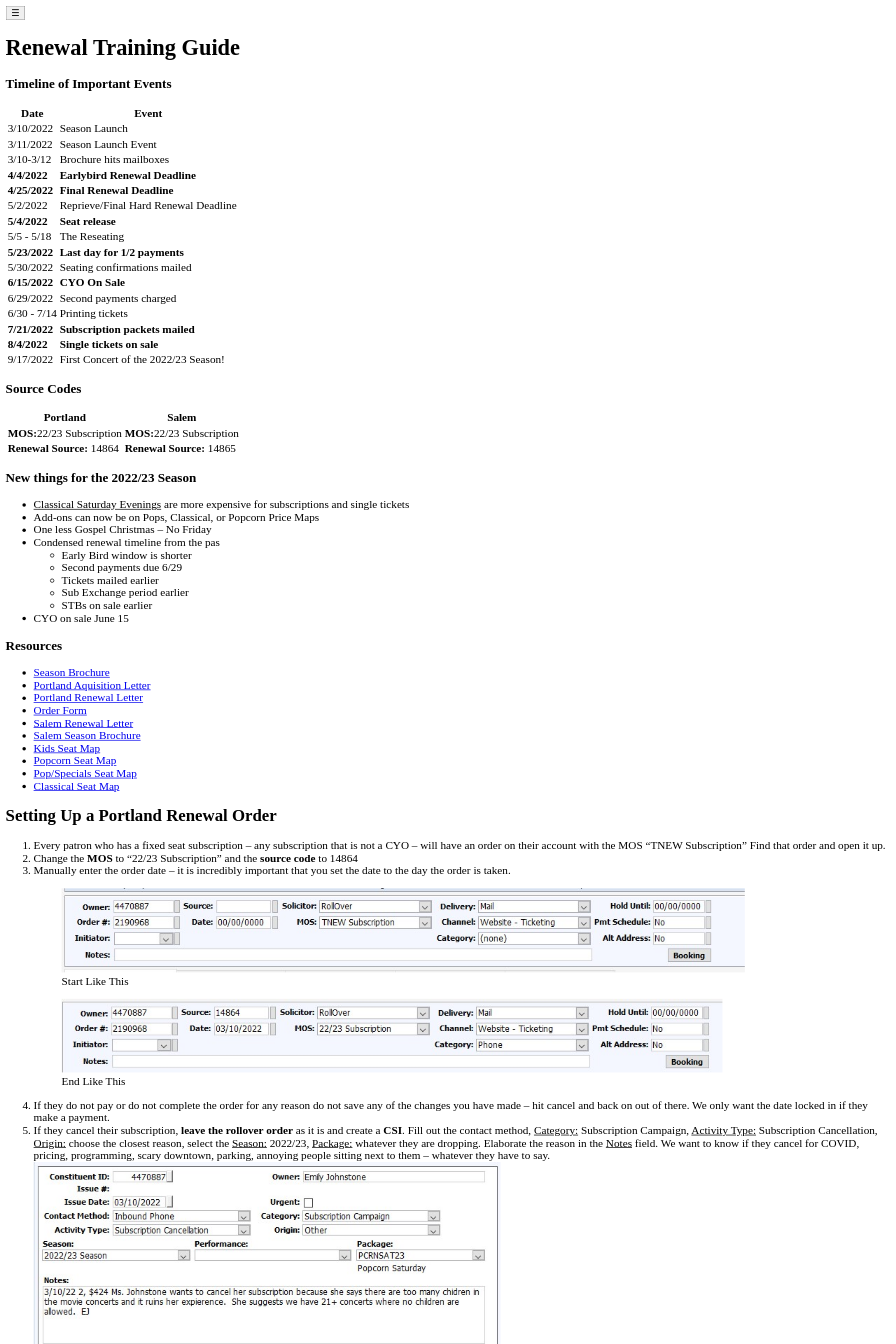
Repository: muesinga/ticketoffice-dot-info
Page: components/renewal-source.html
These files come from the project's save history. The page is drawn as it stood at one moment and after a run of saves; the edit follows.
The browser window is 1280 px wide. The pictures show the part of the page from y = 0 to 1920 px (the page is 9645 px tall before and 10643 px after), at 70% of full size.

Above is the page before, as saved 2022-06-10 10:18:03.
Console error: TypeError: Cannot read properties of null (reading 'getElementsByClassName')

After the next 2 saves:
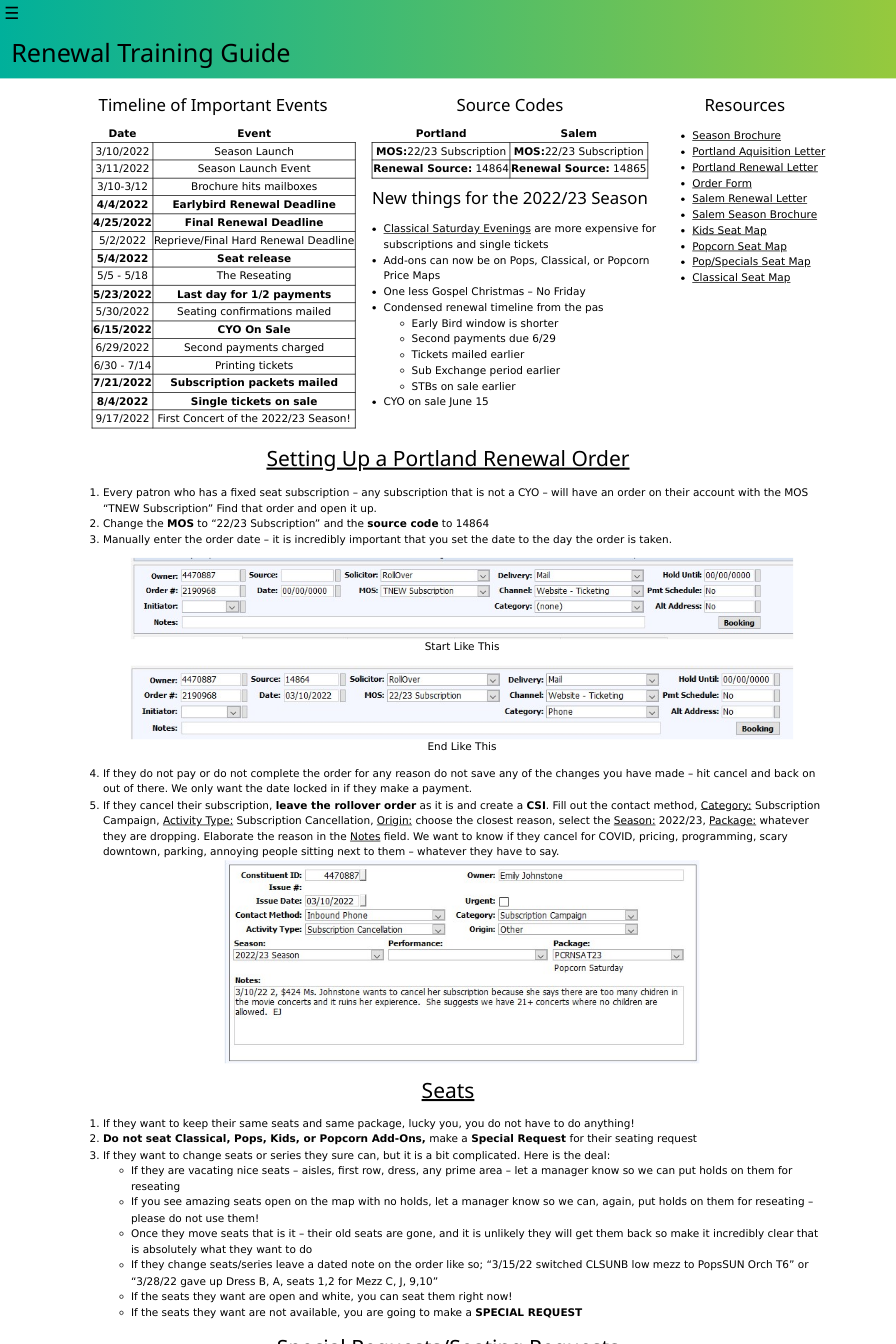
The 2 saves are shown as one change because they came seconds apart.
The last was saved 14 s later.
--- a/components/renewal-source.html
+++ b/components/renewal-source.html
@@ -3,7 +3,7 @@
 <head>
   <title>Renewal Training Guide</title>
   <meta name="viewport" content="width=device-width, initial-scale=1">
-  <link rel="stylesheet" href="/styles/styles.css">
+  <link rel="stylesheet" href="/styles/renewal-styles.css">
   <link rel="icon" href="assets/image/logo.png">
   <script defer type="text/javascript" src="./src/index.js"></script>
 </head>
